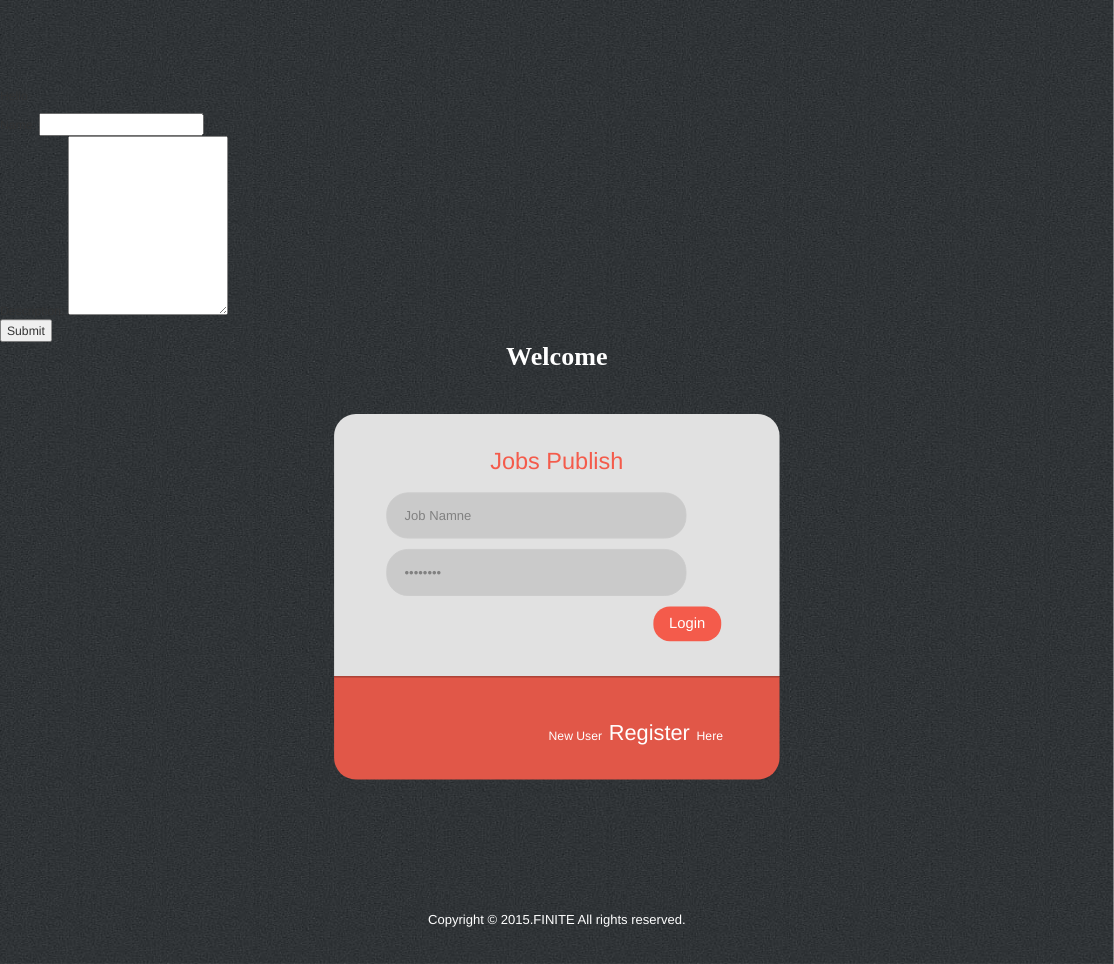
Repository: fintie/java-walker
Page: http://localhost/Walker/WEB-INF/views/client.jsp
An editor plug-in stored every save of this project. The page is shown before and after the next save, followed by the edit.
The browser window is 1280 px wide. The pictures show the whole page, at 87% of full size.
Some web fonts or font styles are not loaded; a fallback is used. Some web libraries are served in a nearby version. The page is served by Tomcat 9. Nobody is signed in. The template is opened directly, without the code that normally fills it, so the values that code supplies are empty.

Above is the page before, as saved 2015-12-10 23:49:04.

After the next save:
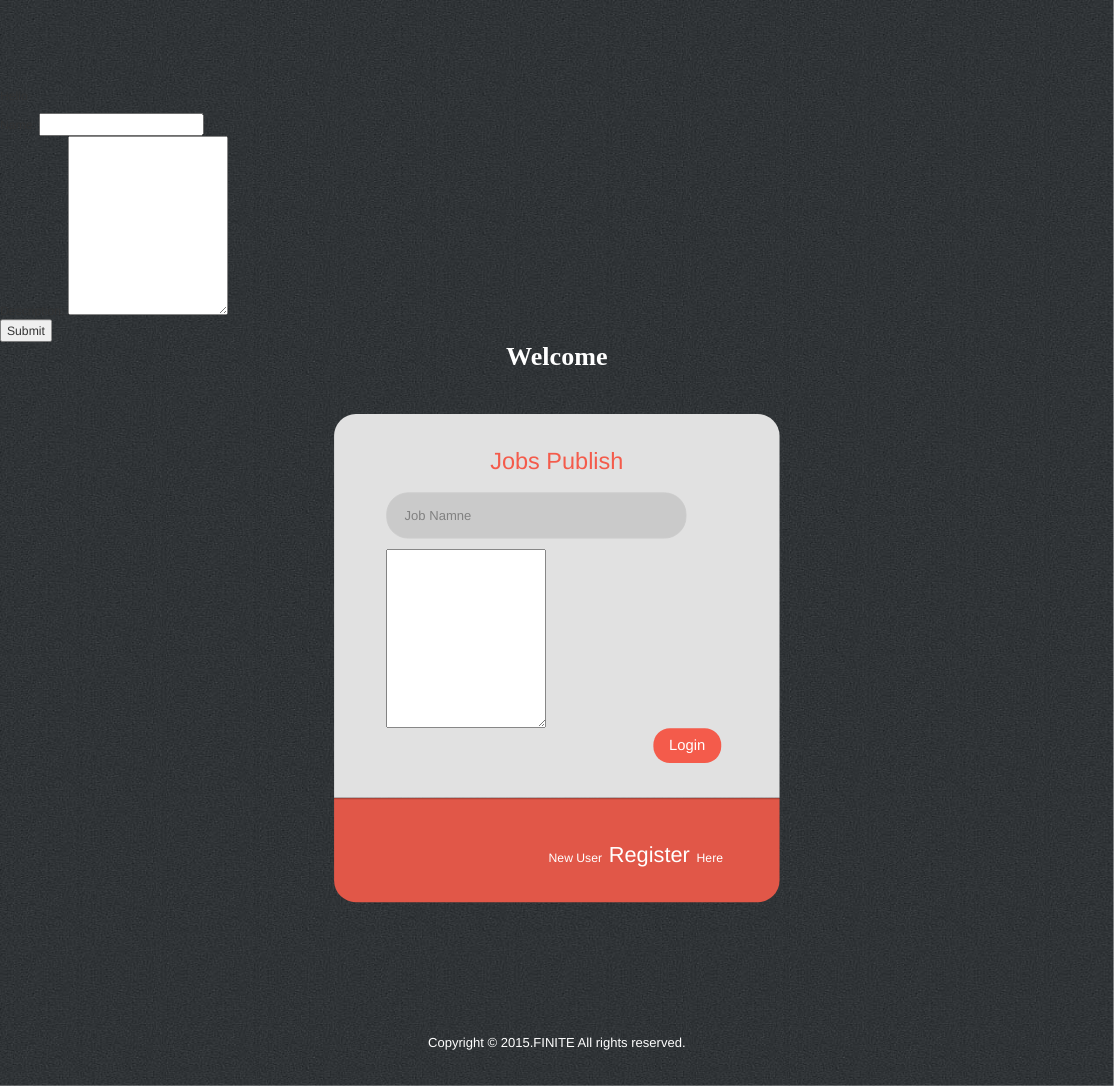
Saved 23 s later.
--- a/Walker/WebContent/WEB-INF/views/client.jsp
+++ b/Walker/WebContent/WEB-INF/views/client.jsp
@@ -36,7 +36,7 @@
 			<input type="hidden" name="id" value="${walker.id }">
 			<input type="hidden" name="_method" value="PUT"/>
 			<input type="text" value="Job Namne" onfocus="this.value = '';" onblur="if (this.value == '') {this.value = 'Job Name';}" name="name">
-			<input type="password" value="password" onfocus="this.value = '';" onblur="if (this.value == '') {this.value = 'password';}" name="password">
+			<textarea rows="10" cols="20" name="description"></textarea>
 		    <div class="forgot">
 		    	<input type="submit" value="Login" >
 		    </div>
